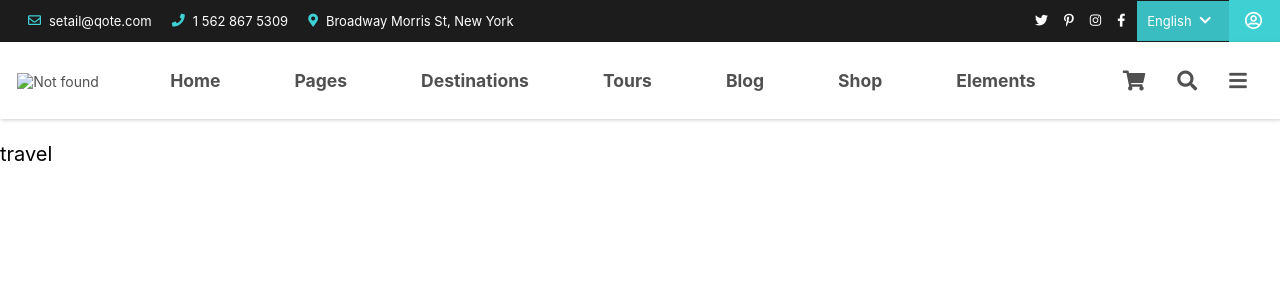
Repository: Hunga9k50doker/Setail
Page: /
These files come from the project's save history. The page is drawn as it stood at one moment and after a run of saves; the edit follows.
The browser window is 1280 px wide. The pictures show the whole page.
Pictures or frames that could not be fetched are drawn as grey boxes. The project was rebuilt for these pictures with package versions that can differ from the ones it lists, and the page was loaded fresh each time. Also part of the build but not shown: src/views/home/exoticDestinations/exotic.js, src/views/home/winterHoliday/winter.js, src/views/pages/aboutUs/about.js, src/views/pages/ourTeam/ourTeam.js, src/views/pages/whatWeOffer/offer.js, src/views/destinations/destinationsItem/item.js, src/views/destinations/destinationsList/list.js, src/views/destinations/destinationsSlider/slider.js and 27 more.

Above is the page before, as saved 2021-10-22 13:52:52.

After the next 2 saves:
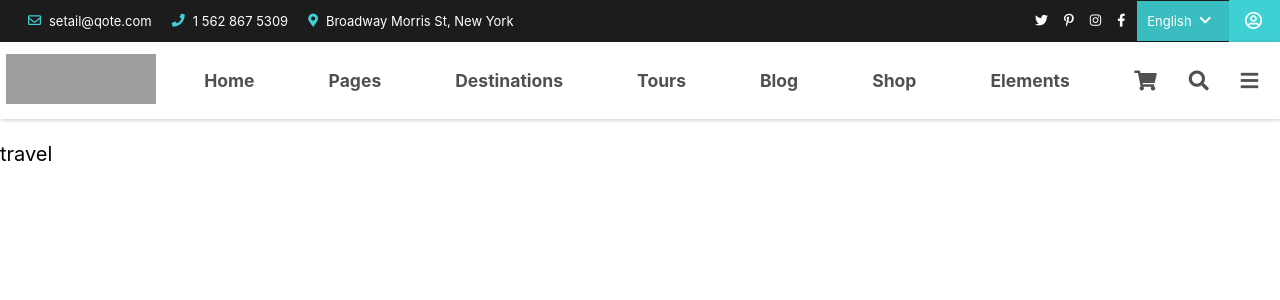
The 2 saves are shown as one change because they came seconds apart.
The last was saved 14 s later.
--- a/src/components/Navigation/Nav.js
+++ b/src/components/Navigation/Nav.js
@@ -19,7 +19,7 @@ const Nav = () => {
     <div className="nav">
       <Link to="/">
         <img
-          src="../../"
+          src="../../../pub"
           alt="Not found"
           className="nav__logo"
         />
